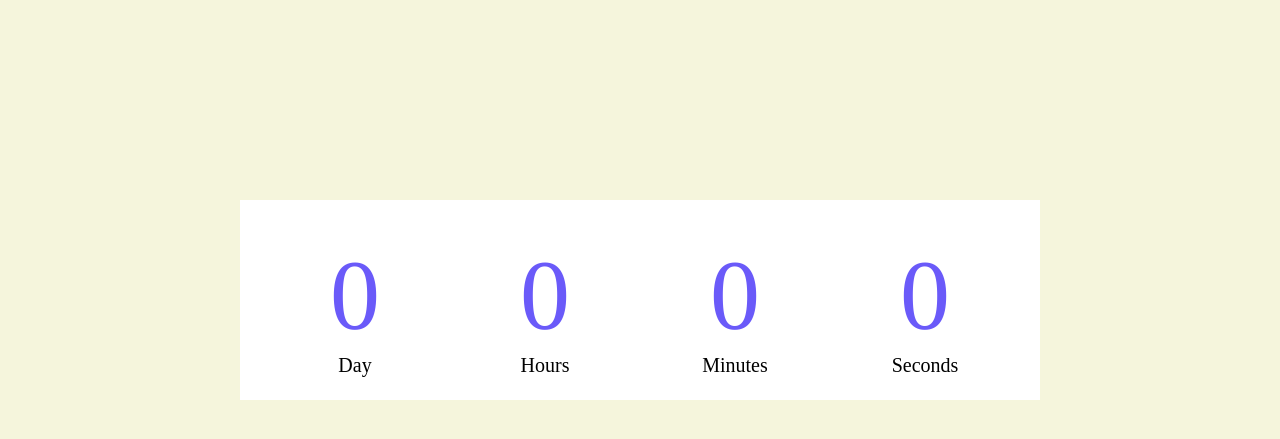
Repository: tienbkvn0605/counddown-demo
Page: index.html
These files come from the project's save history. The page is drawn as it stood at one moment and after the next save; the edit follows.
The browser window is 1280 px wide. The pictures show the whole page.

Above is the page before, as saved 2022-10-04 23:44:09.

After the next save:
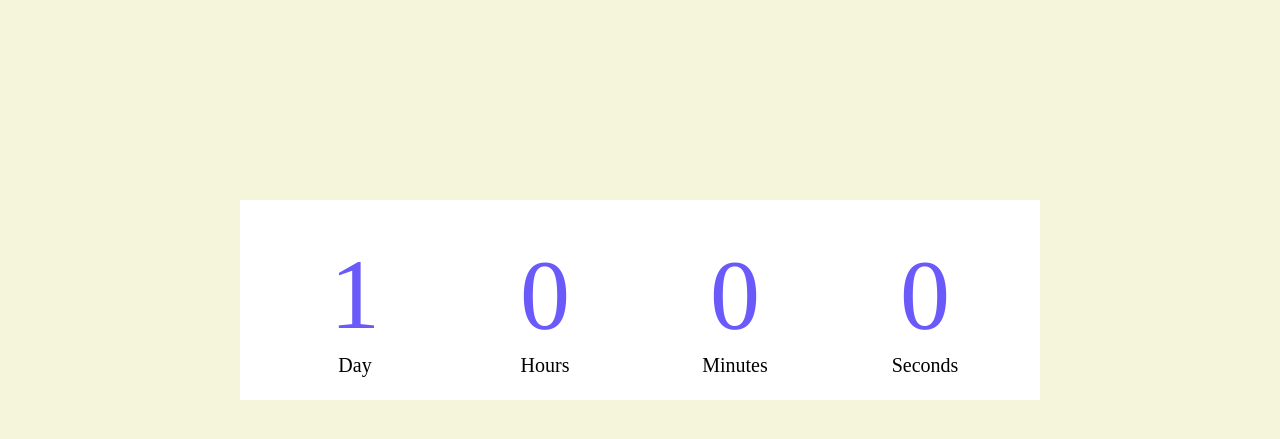
Saved 15 s later.
--- a/app.js
+++ b/app.js
@@ -16,6 +16,7 @@ window.addEventListener("load", function () {
     // 1 day = 24 * 60 * 60 = 86400 seconds
     day = parseInt(timeRemaning / 86400);
     console.log(day);
+    daysTimer.textContent = day;
   }
   countDown("Tue Oct 06 2022 23:33:35 GMT+0900 (Japan Standard Time)");
 });
